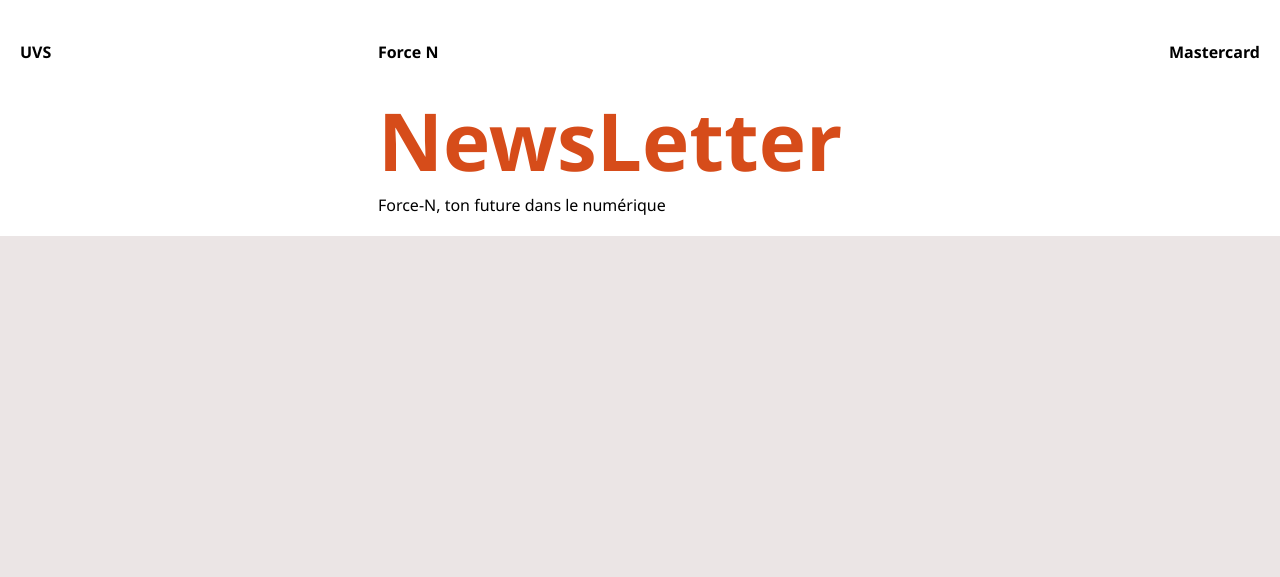
Repository: Ken-dia/newsletters_force_n
Page: index.html
An editor plug-in stored every save of this project. The page is shown before and after the next save, followed by the edit.
The browser window is 1280 px wide. The pictures show the whole page.

Above is the page before, as saved 2024-04-18 12:49:04.

### index.html
<!DOCTYPE html>
<html lang="en">
<head>
    <meta charset="UTF-8">
    <meta name="viewport" content="width=device-width, initial-scale=1.0">
    <link rel="stylesheet" href="styles.css">
    <title>FORCEN</title>
</head>
<body>
    <div class="entete">
        <div class="logos">
            <div class="logo">
                <h4>UVS</h4>
            </div>
            <div class="logo">
                <h4>Force N</h4>
                <div class="title-newsletters">NewsLetter</div>
                <div class="subtitle-newsletters">Force-N, ton future dans le numérique</div>
            </div>
            <div class="logo">
                <h4>Mastercard</h4>
            </div>

        </div>
    </div>

</body>
</html>

### styles.css
body {
    font-family: 'Segoe UI', Tahoma, Geneva, Verdana, sans-serif;
    background-color: rgb(235, 229, 229);
   margin: 0px;
}
.entete {
    background-color: white;
    padding: 20px;
}
.logos {
    display: flex;
    justify-content: space-between;
}
.title-newsletters {
    color: rgb(214, 76, 26);
    font-size: 5rem;
    font-weight: bolder;

}

After the next save:
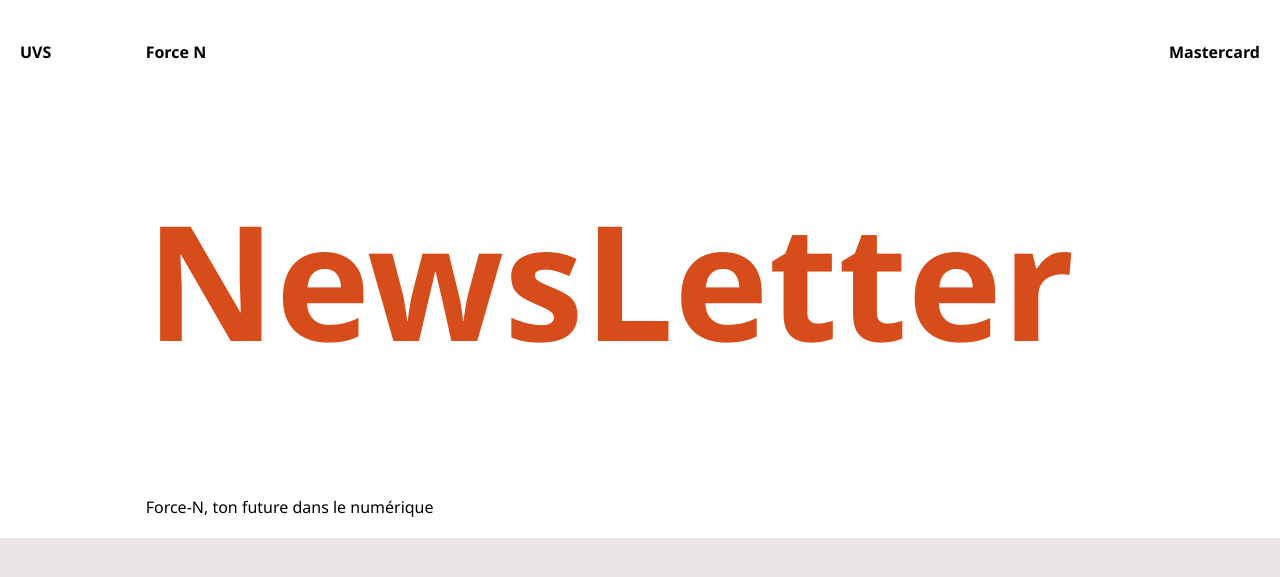
Saved 42 s later.
--- a/index.html
+++ b/index.html
@@ -14,7 +14,7 @@
             </div>
             <div class="logo">
                 <h4>Force N</h4>
-                <div class="title-newsletters">NewsLetter</div>
+                <div class="title-newsletters"><h1>NewsLetter</h1></div>
                 <div class="subtitle-newsletters">Force-N, ton future dans le numérique</div>
             </div>
             <div class="logo">
